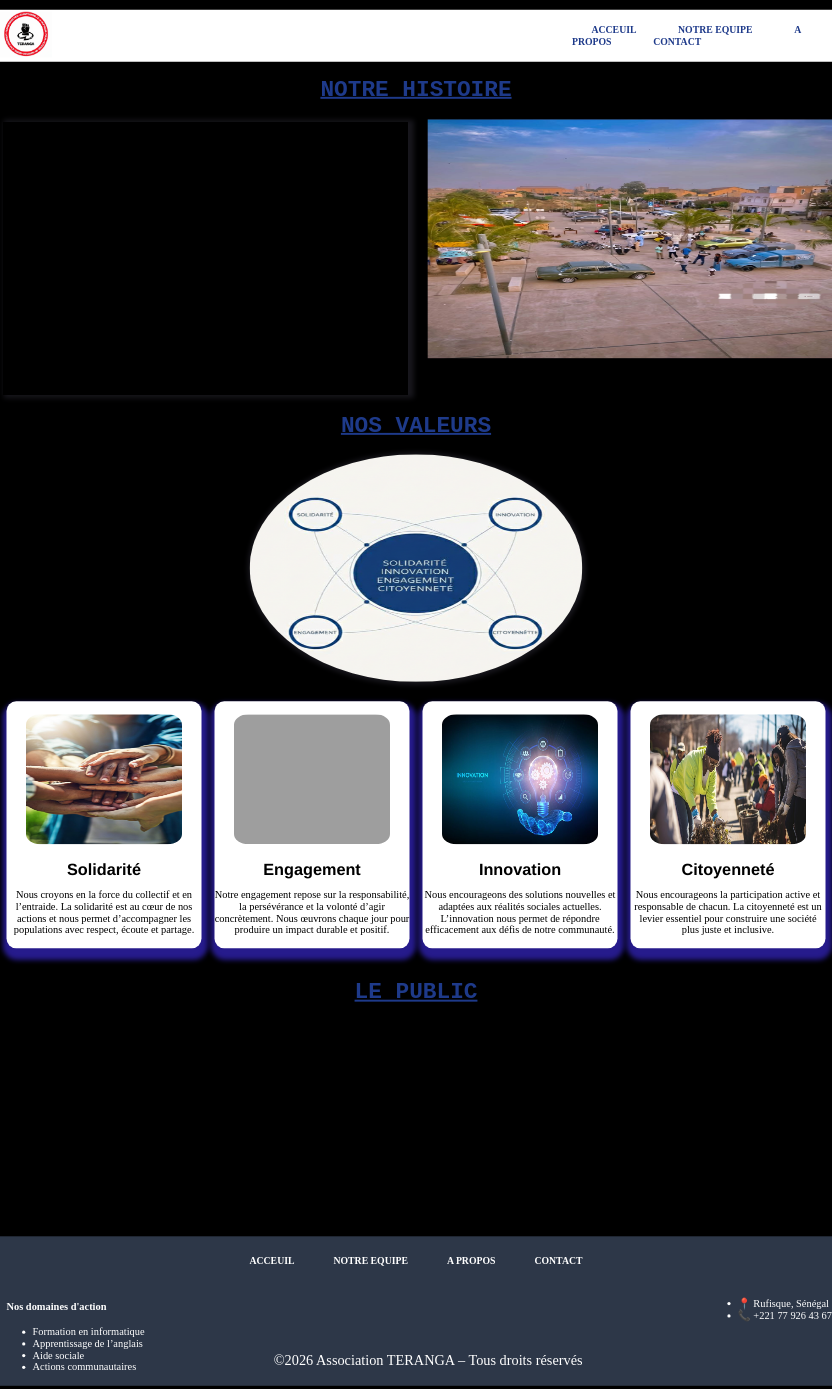
Repository: assanendao171/projet-teranga
Page: propos.html
The author's editor kept a copy of each file at every save. The page is drawn from the files as they stood at one save, then again after the next save.
The browser window is 1280 px wide. The pictures show the whole page, at 65% of full size.
Pictures or frames that could not be fetched are drawn as grey boxes.

Above is the page before, as saved 2026-02-12 13:51:00.

After the next save:
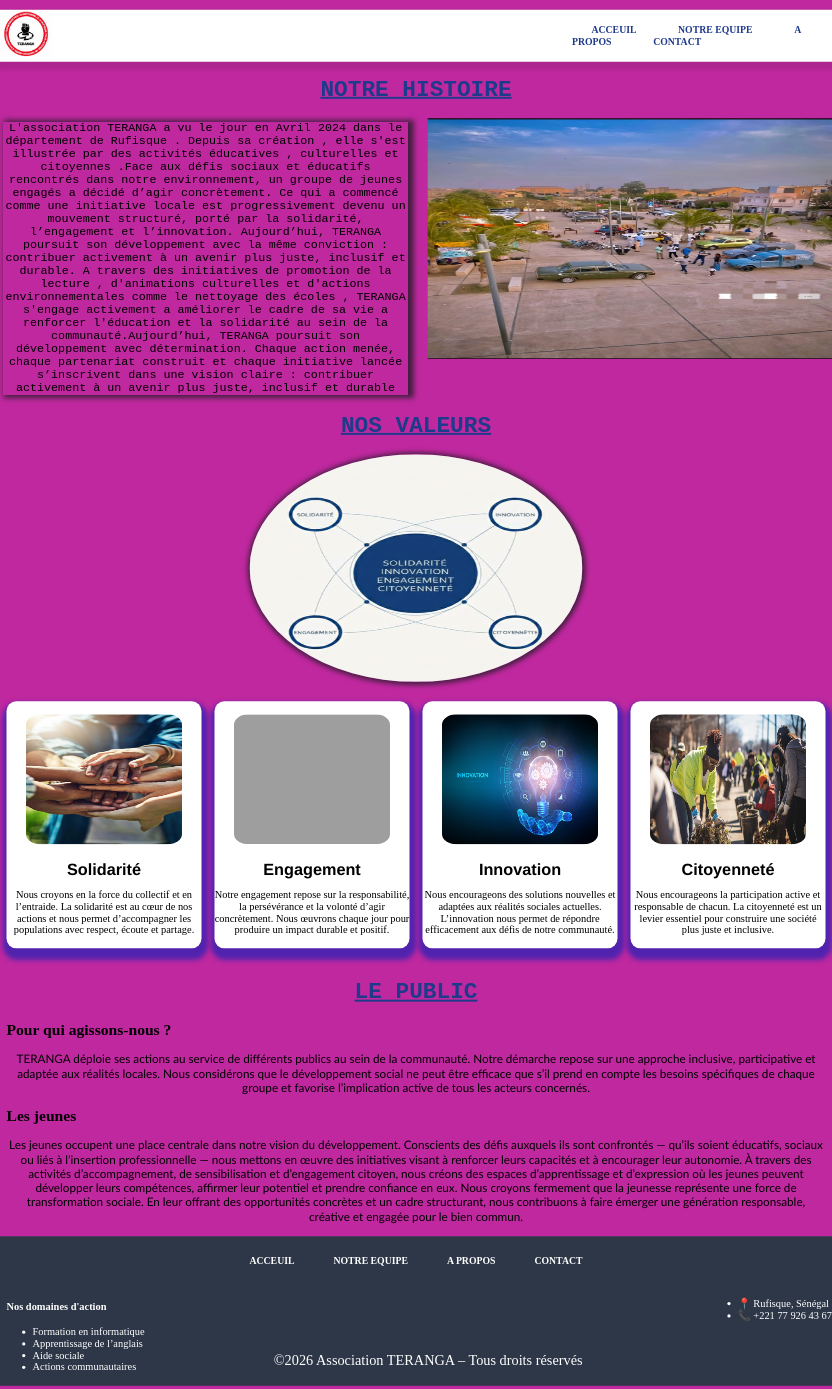
Saved 13 s later.
--- a/propos.css
+++ b/propos.css
@@ -1,6 +1,6 @@
 body{
     margin: 15px 0 5px 0;
-    background-color: #000000;
+    background-color: #c0289f;
 }
 header{
 width: 100%;
